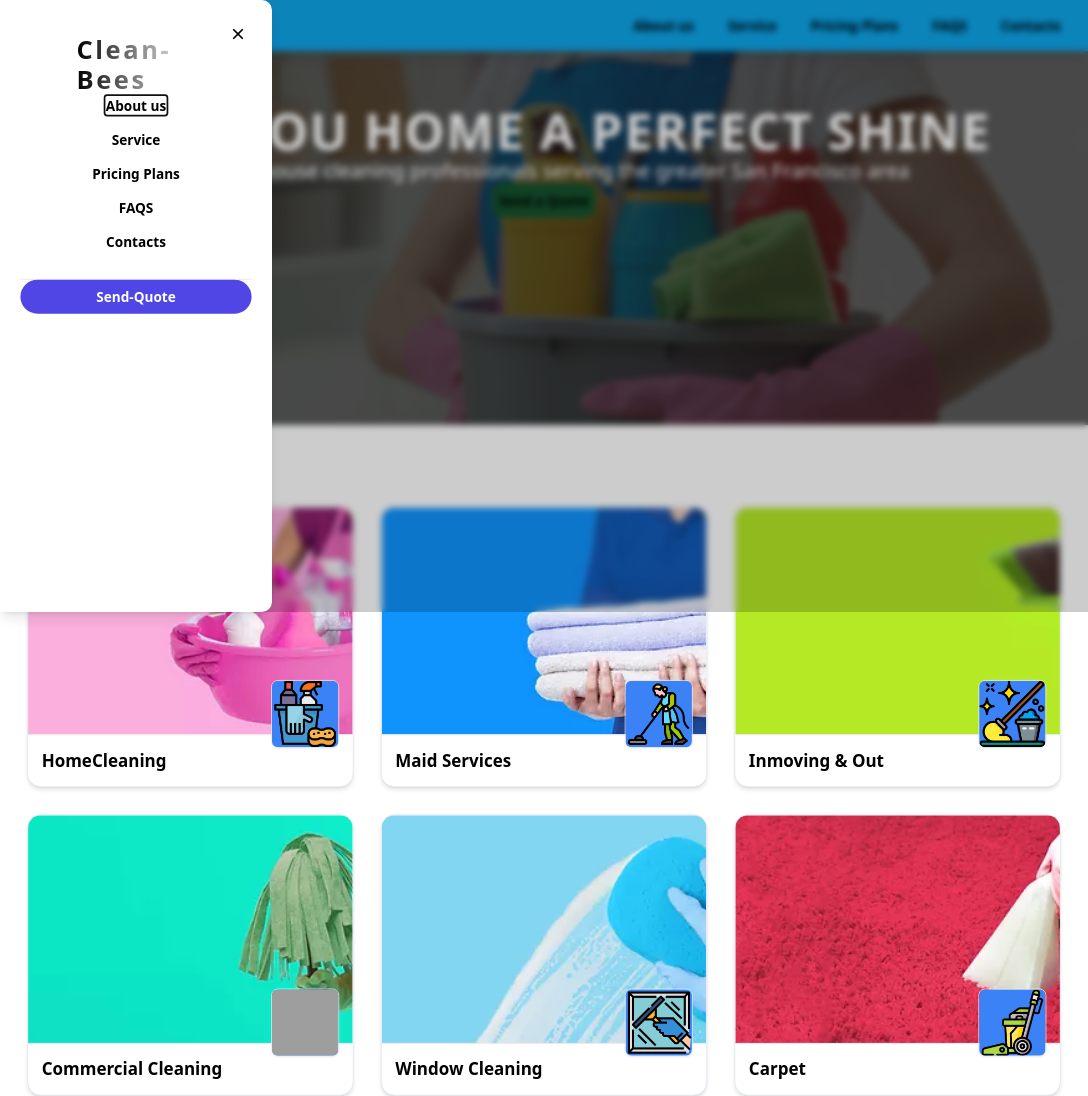
Repository: remydev47/cleanbees
Page: /
The author's editor kept a copy of each file at every save. The page is drawn from the files as they stood at one save, then again after the next save.
The browser window is 1280 px wide. The pictures show the whole page, at 85% of full size.
Pictures or frames that could not be fetched are drawn as grey boxes. The project was rebuilt for these pictures with package versions that can differ from the ones it lists, and the page was loaded fresh each time. The framework's server and built-in components were replaced by stand-ins that run in the browser. Also part of the build but not shown: next.config.js.

Above is the page before, as saved 2022-09-16 14:41:20.

### pages/_app.tsx
import '../styles/globals.css'
import type { AppProps } from 'next/app'
import { Header } from '../components/Header'


function MyApp({ Component, pageProps }: AppProps) {
  return (
    <>
      <Header />
      <Component {...pageProps} />
    </>

    )
}

export default MyApp

### pages/index.tsx
import type { NextPage } from 'next'
import Head from 'next/head'
import Image from 'next/image'
import Hero from '../components/Hero'
import Services from '../components/Services'

const Home: NextPage = () => {
  return (
    <div className="">
      <Head>
        <title>CleanBees</title>
        <link rel="icon" href="/favicon.ico" />
      </Head>
      <Hero />
     <main className='mx-auto max-w-screen-xl px-6 sm:px-8'>
      <div className='mt-16 space-y-20'>
        <Services />
      </div>
     </main>
    </div>
  )
}

export default Home

### components/Header.tsx
import { navLinks } from "../constants"
import { MenuPopOver } from "./MenuPopover"
import Logo from "./Logo"
import Image from "next/image"
import { title } from "process"

export const Header = () => {
    return(
        <>
          <header className={styles.container}>
           <div className='flex grow-0 basis-1/3 md:hidden'>
             <MenuPopOver />
          </div>
          <div className='flex grow-0 basis-1/3 justify-center md:justify-start'>
            <Logo />
           </div>
           <ul className="list-none sm:flex hidden justify-end items-center flex-1">
            {navLinks.map((nav, index) => (
                <li
                key={nav.id}
                className={`font-poppins font-extrabold cursor-pointer text-[16px]
                  ${index === navLinks.length - 1 ? 'mr-0' : 'mr-10'}
                 text-black `}
                >
                    <a>{nav.title}</a>
                </li>
            ))}
           </ul>

          </header>
        </>
    )
}

const styles ={
    container:`sticky bg-[#0ea5e9] inset-x-0 top-0 z-20 flex items-center justify-between py-2 px-2 shadow-lg dark:bg-slate-900 sm:py-3 sm:px-8`
}

### components/Hero.tsx
import React from 'react'
import Image from 'next/image'


const Hero = () => {
  return (
    <>
      <section className='relative h-[640px] w-full  bg-blue-500 sm:h-[55vh] md:h-[440px]'>
        <Image
          src="/img/pixel-cleaner2.jpg"
          layout='fill'
          objectFit='cover'
        />
        <div className="absolute inset-0 bg-neutral-900/70">
        <div className='mx-4 mt-16 flex flex-col items-center text-center '>
                <h1 className={styles.innerbanner}>
                    Give you Home a Perfect Shine
                </h1>
                <span className='text-xl text-white sm:text-2xl'>
                    Reliable house cleaning professionals serving the greater San Francisco area
                </span>
                <button className='bg-green-900 text-black font-semibold p-2 rounded-xl'>
                    Send a Quote
                </button>
              </div>
        </div>
      </section>

    </>
  )
}

export default Hero;
const styles ={

    innerbanner:`text-3xl font-extrabold uppercase tracking-wide text-white sm:text-4xl md:text-5xl lg:text-6xl`,
}

### components/Services.tsx
import React from 'react';
import Image from 'next/image'
import Link from 'next/link';

const serviceItems =[
    {
        name:"HomeCleaning",
        description:"",
        image:'/img/cleaning3.webp',
        logo:"/img/homecleaning.png"
    },
    {
        name:"Maid Services",
        description:"",
        image:'/img/maid2.webp',
        logo:"/img/maid.png"
    },
    {
        name:"Inmoving & Out",
        description:"",
        image:'/img/moving.webp',
        logo:"/img/inmoving.png"
    },
    {
        name:"Commercial Cleaning",
        description:"",
        image:'/img/cleaning5.webp',
        logo:"/img/officecleaning.png"
    },
    {
        name:"Window Cleaning",
        description:"",
        image:'/img/cleaning4.webp',
        logo:"/img/window.png"
    },
    {
        name:"Carpet",
        description:"",
        image:'/img/carpet2.webp',
        logo:"/img/carpet.png"
    },
]

const Services = () => {
  return (
    <section id='service-items'>
        <div>
            <h2 className="text-2xl font-semibold"> Our Services </h2>
        </div>

        <div id="top-companies__items" className="grid grid-cols-1 gap-8 sm:grid-cols-2 lg:grid-cols-3">
              {serviceItems.map((item, i) => (
                 <Link href="/#" key={i}>
                  <a className="group block overflow-hidden rounded-2xl border border-slate-200 bg-white shadow-md transition-all duration-150 hover:-translate-y-1 hover:shadow-lg dark:border-slate-800 dark:bg-slate-700">
                    <div className="relative block overflow-hidden  pt-[70%]">
                     <Image
                       src={item.image}
                       alt={item.name}
                       layout="fill"
                       objectFit="cover"
                       className="transition-all duration-200 group-hover:scale-[102%]"
                      />
                    </div>
                    <div className="relative flex flex-col border-t p-4 dark:border-slate-600">
                <span className="absolute right-4 -top-[65px] block h-[80px] w-[80px] overflow-hidden rounded-lg border shadow-sm dark:border-slate-600">
                  <div className="relative block overflow-hidden  bg-blue-500 pt-[100%]">
                    <Image
                      src={item.logo}
                      alt={item.name}
                      layout="fill"
                      objectFit="cover"
                    />
                  </div>
                </span>

                <h5 className="block truncate text-xl font-semibold capitalize">
                  {item.name}
                </h5>
                <span className="block truncate text-slate-500 dark:text-slate-400">
                  {item.description}
                </span>
              </div>
                 </a>
                 </Link>
              ))}
            </div>

    </section>
  )
}

export default Services

### constants/index.ts

export const navLinks =[
    {
     id:"aboutus",
     title:"About us"
    },
    {
        id:"services",
        title:"Service"
    },
    {
        id:"pricingplans",
        title:"Pricing Plans"
    },
    {
        id:"faqs",
        title:"FAQS"
    },
    {
        id:"contacts",
        title:"Contacts"
    },
]

### components/MenuPopover.tsx
import React, { useState, Fragment } from 'react'
import { IconButton } from './Button'
import { Transition, Dialog }  from '@headlessui/react';
import Link from 'next/link';
import Logo from './Logo';
import { Button } from './Button';
//import { ThemeSelect } from './ThemeToogle';
import { navLinks } from '../constants';

export const MenuPopOver = () => {
    const [isOpen, setIsOpen] = useState(true)

    return(
      <div>
        <IconButton
          variant='ghost'
          aria-label='menu'
          onClick={() => setIsOpen(!isOpen)}
        >
          <svg className='h-6 w-6 ' fill='none' stroke='currentColor'>
            <path
              strokeLinecap='round'
              strokeLinejoin='round'
              strokeWidth={2}
              d='M4 6h16M4 12h16M4 18h16'
            />
          </svg>
        </IconButton>
        <Transition
          show={isOpen}
          appear
          as={Fragment}
          enter='transform transition ease-in-out duration-300'
          enterFrom='-translate-x-full'
          enterTo='translate-x-0'
          leave='transform transition ease-in-out duration-300 delay-200'
          leaveFrom='translate-x-0'
          leaveTo='-translate-x-full'
        >
         <Dialog
           as='div'
           className={`fixed inset-0 z-50`}
           onClose={setIsOpen}
           open={isOpen}
           >
           <Transition.Child
             as={Fragment}
             enter='ease-out duration-300 delay-300'
             enterFrom='opacity-0'
             enterTo='opacity-100'
             leave='ease-in duration-200'
             leaveFrom='opacity-100'
             leaveTo='opacity-0'
           >

            <Dialog.Overlay
              className={`fixed inset-0 bg-black/20 backdrop-blur-sm dark:bg-gray-900/80`}
             />
          </Transition.Child>
           <div className={styles.dialogcontainer}>
            <a className='mx-auto mt-4 flex w-[140px] '>
              <Logo />
            </a>
            <ul
                className={styles.navWrapper2}
             >
                {navLinks.map((nav, index) => (
                    <li
                     key={nav.id}
                     className={`font-poppins font-bold cursor-pointer text-[16px]
                      ${index === navLinks.length - 1 ? 'mr-0' : 'mb-4'}
                      text-black `}
                    >
                     <a href={`#${nav.id}`}>
                        {nav.title}
                     </a>
                    </li>
                 ))}
             </ul>
            {/* <div className='mt-0 border-t border-gray-200 pt-6 dark:border-gray-200/10'>

            </div> */}
            <ul className='mt-8 space-y-3 border-t border-gray-200 dark:border-gray-200/10'>
              <li>
               <Button fullWidth>
                   Send-Quote
               </Button>
              </li>

            </ul>
            <IconButton
              variant='ghost'
              aria-label='close menu'
              className='absolute top-5 right-5'
              onClick={() => setIsOpen(false)}
            >
              <svg
                viewBox='0 0 10 10'
                className='h-2.5 w-2.5 overflow-visible'
                aria-hidden='true'
              >
                <path
                    d='M0 0L10 10M10 0L0 10'
                    fill='none'
                    stroke='currentColor'
                    strokeWidth='2'
                    strokeLinecap='round'
                  />
              </svg>
            </IconButton>
           </div>
         </Dialog>
        </Transition>
      </div>
    )
  }

const styles ={
    dialogcontainer:`fixed top-0 bottom-0 left-0 w-full max-w-xs rounded-r-xl bg-white p-6 shadow-lg dark:bg-gray-800`,
    menuitems:`group relative flex h-9 items-center oveflow-hidden rounded-md hover:bg-slate-200/50`,
    navWrapper2:`list-none flex flex-col justify-end items-center flex-1`,
}

### components/Logo.tsx
import React from 'react';


const Logo  = () => {
  return (
    <span className={`bg-gradient-to-r from-black to-[#fff] bg-clip-text align-middle text-3xl font-black tracking-widest text-transparent hover:text-green-400`}>
        Clean-Bees
    </span>
  )
}

export default Logo;

### components/Button/index.tsx
import React, { forwardRef } from 'react';
//import { __DEV__ } from '../../utils/assertions'

type BaseButtonProps = Omit<React.HTMLProps<HTMLButtonElement>, "size">;

/* === Button Element === */

export interface ButtonProps extends BaseButtonProps {
  children: React.ReactNode;
  fullWidth?: boolean;
  className?: string;
  variant?: "solid" | "outline" | "ghost";
  size?: "sm" | "md" | "lg";
  as?: string;
  isExternal?: boolean;
  type?: "button" | "submit" | "reset";
}

export const Button = forwardRef<HTMLButtonElement, ButtonProps>(
  (
    {
      children,
      variant = "solid",
      size = "md",
      fullWidth = false,
      className,
      as = "button",
      isExternal = false,
      ...rest
    },
    ref
  ) => {
    let tempClassNames: string[] = [];

    const sharedClasses = [
      "capitalize",
      "focus:outline-none",
      "focus:ring-2",
      "focus:ring-indigo-400",
      "focus:ring-offset-2",
      "focus:ring-offset-indigo-50",
      "font-semibold",
      "rounded-full",
      "inline-flex",
      "flex-shrink-0",
      "items-center",
      "justify-center",
      "transition-colors",
      "ease-in-out",
      "duration-500",
    ];

    if (fullWidth) sharedClasses.push("w-full");

    // handle variants
    let btnSolid = ["bg-indigo-600", "hover:bg-indigo-700", "text-white"];
    let btnOutline = [
      "dark:text-white",
      "hover:text-yellow-700",
      "hover:dark:text-yellow-800",
      "bg-transparent",
      "hover:bg-indigo-50",
      "border",
      "border-indigo-600",
    ];
    let btnGhost = [
      "bg-transparent",
      "dark:text-white",
      "hover:bg-indigo-50",
      "hover:text-indigo-700",
      "hover:dark:text-indigo-700",
    ];

    if (variant === "solid") {
      tempClassNames = [...sharedClasses, ...btnSolid];
    } else if (variant === "outline") {
      tempClassNames = [...sharedClasses, ...btnOutline];
    } else if (variant === "ghost") {
      tempClassNames = [...sharedClasses, ...btnGhost];
    }

    // handle sizes
    let sizeSm = ["h-8", "px-2", "text-sm"];
    let sizeMd = ["h-10", "px-3"];
    let sizeLg = ["h-12", "px-4", "text-lg"];

    if (size === "sm") {
      tempClassNames = [...tempClassNames, ...sizeSm];
    } else if (size === "md") {
      tempClassNames = [...tempClassNames, ...sizeMd];
    } else if (size === "lg") {
      tempClassNames = [...tempClassNames, ...sizeLg];
    }

    let classes = tempClassNames.join(" ");

    let Element = as ? (
      React.createElement(
        as,
        {
          className: `${classes} ${className}`,
          target: isExternal ? "_blank" : undefined,
          rel: isExternal ? "noopener noreferrer" : undefined,
          ref,
          ...rest,
        },
        children
      )
    ) : (
      <button {...rest} className={`${classes} ${className}`} ref={ref}>
        {children}
      </button>
    );

    return Element;
  }
);

// if (__DEV__) {
//   Button.displayName = "Button";
// }

/* === IconButton Element === */

export interface IconButtonProps extends ButtonProps {
  icon?: React.ReactElement;
  "aria-label": string;
}

export const IconButton = forwardRef<HTMLButtonElement, IconButtonProps>(
  (
    {
      children,
      icon,
      className,
      "aria-label": ariaLabel,
      size = "md",
      ...rest
    },
    ref
  ) => {
    let sharedClasses = ["rounded-full", "!px-0"];

    // handle sizes
    let sizeSm = ["w-8"];
    let sizeMd = ["w-10"];
    let sizeLg = ["w-12"];

    if (size === "sm") {
      sharedClasses = [...sharedClasses, ...sizeSm];
    } else if (size === "md") {
      sharedClasses = [...sharedClasses, ...sizeMd];
    } else if (size === "lg") {
      sharedClasses = [...sharedClasses, ...sizeLg];
    }

    /**
     * Passing the icon as prop or children should work
     */
    const element = icon || children;
    const _children = React.isValidElement(element)
      ? React.cloneElement(element as any, {
          "aria-hidden": true,
          focusable: false,
        })
      : null;

    let classes = sharedClasses.join(" ");
    return (
      <Button
        className={`${classes} ${className}`}
        aria-label={ariaLabel}
        size={size}
        {...rest}
        ref={ref}
      >
        {_children}
      </Button>
    );
  }
);

// if (__DEV__) {
//   IconButton.displayName = "IconButton";
// }

Loaded but not shown: styles/globals.css (common file); tailwind.config.js (common file)

After the next save:
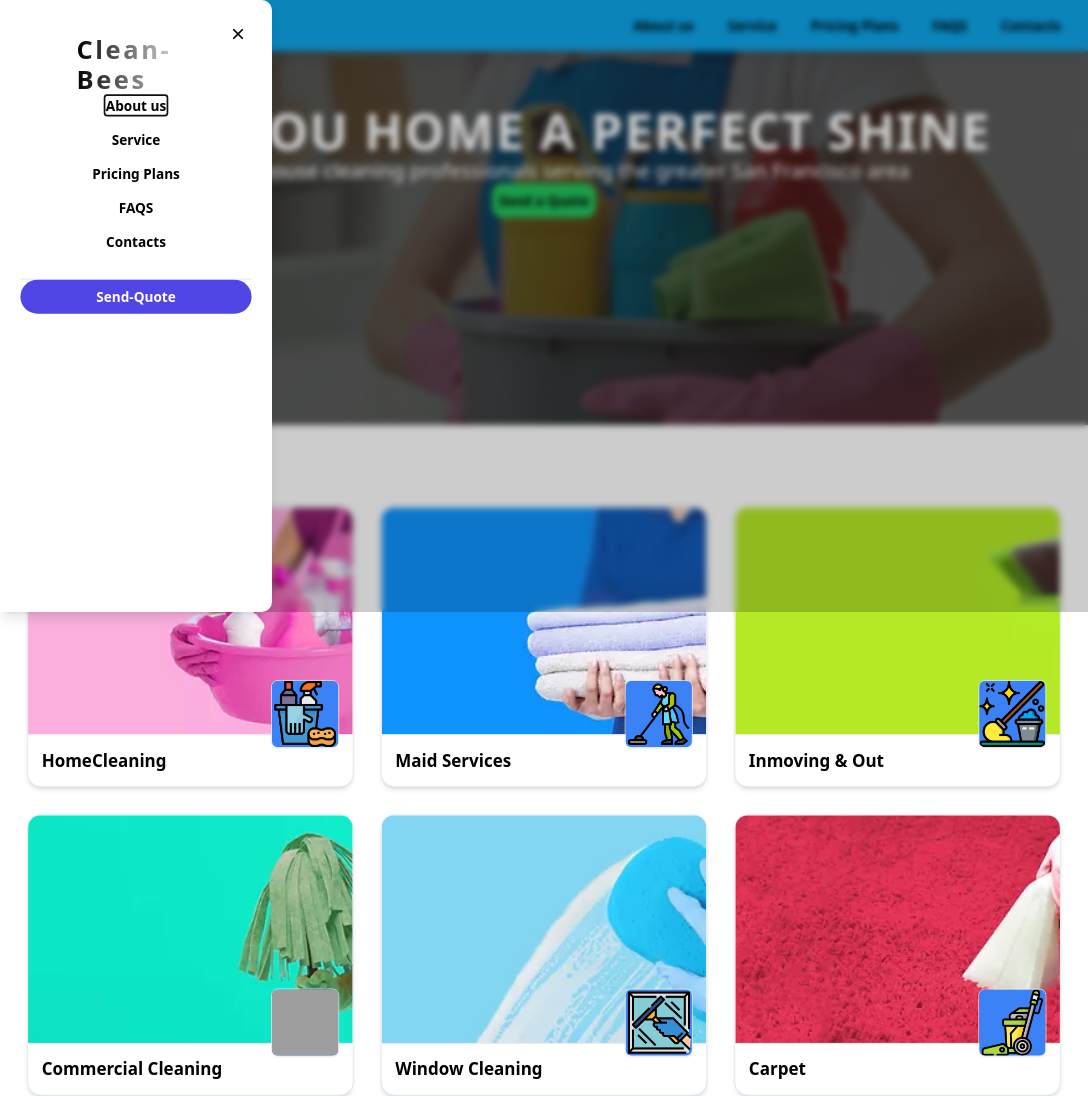
Saved 43 s later.
--- a/components/Hero.tsx
+++ b/components/Hero.tsx
@@ -19,7 +19,7 @@ const Hero = () => {
                 <span className='text-xl text-white sm:text-2xl'>
                     Reliable house cleaning professionals serving the greater San Francisco area
                 </span>
-                <button className='bg-green-900 text-black font-semibold p-2 rounded-xl'>
+                <button className='bg-green-500 text-black font-semibold p-2 rounded-xl'>
                     Send a Quote
                 </button>
               </div>
